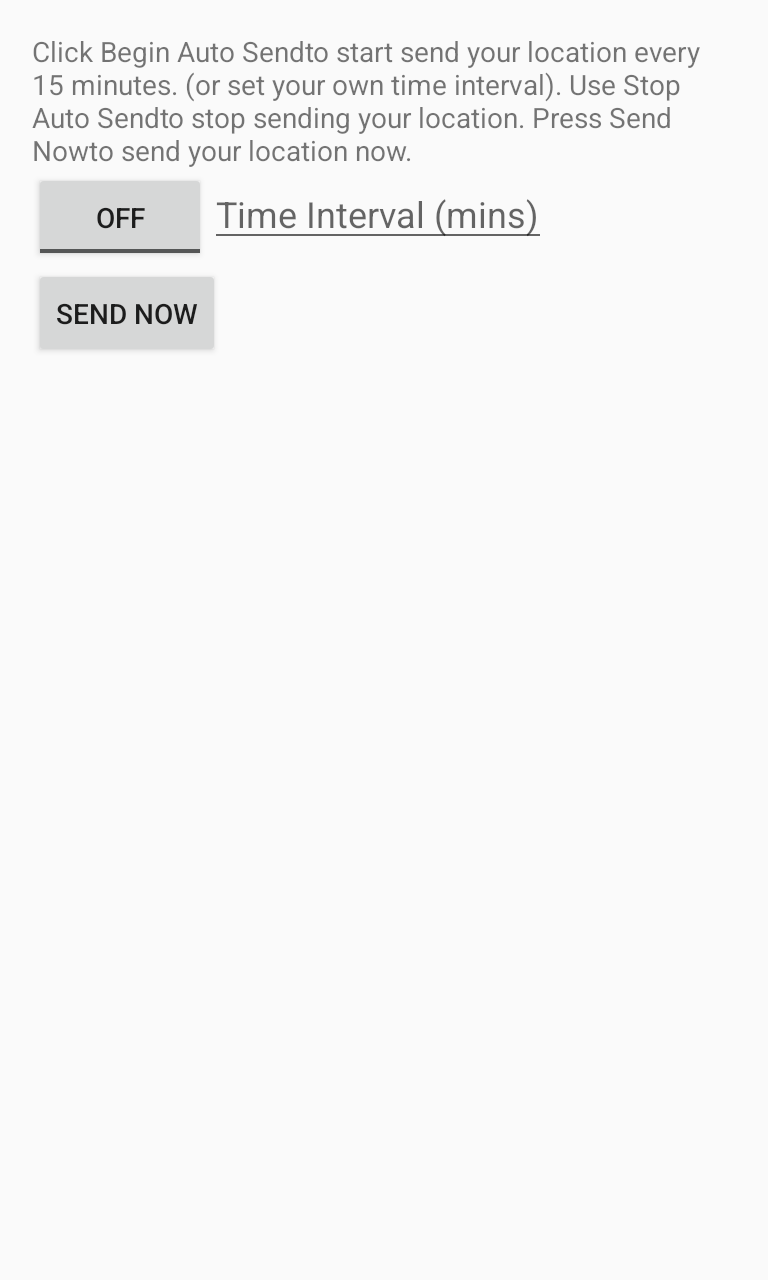
Repository: haidark/rahat
Layout: android/Rahat/res/layout/fragment_main.xml
An editor plug-in stored every save of this project. The layout is shown before and after the next save, followed by the edit.
It is drawn on a 768 x 1280 px phone screen (xhdpi) without system bars, with theme AppTheme; the app's code is not run.

Above is the layout before, as saved 2014-05-01 23:41:10.

### android/Rahat/res/layout/fragment_main.xml
<LinearLayout xmlns:android="http://schemas.android.com/apk/res/android"
    xmlns:tools="http://schemas.android.com/tools"
    android:layout_width="match_parent"
    android:layout_height="match_parent"
    android:paddingBottom="@dimen/activity_vertical_margin"
    android:paddingLeft="@dimen/activity_horizontal_margin"
    android:paddingRight="@dimen/activity_horizontal_margin"
    android:paddingTop="@dimen/activity_vertical_margin"
    tools:context="com.example.rahat.MainActivity$PlaceholderFragment"
	android:orientation="vertical" >
    <TextView android:id="@+id/text_top"
	          android:layout_width="wrap_content"
	          android:layout_height="wrap_content"
	          android:text="@string/text_info" />

    <LinearLayout android:layout_width="wrap_content"
    			  android:layout_height="wrap_content"
    			  android:orientation="horizontal">

        <ToggleButton	android:layout_width="wrap_content"
		        android:layout_height="wrap_content"
		        android:text="@string/button_service"
		        android:onClick="startService" />

        <EditText android:id="@+id/edit_1"
        		  android:layout_width="wrap_content"
        		  android:layout_height="wrap_content"
        		  android:maxWidth="200dp"
        		  android:hint="@string/edit_1" />

    </LinearLayout>

    <Button
        android:layout_width="wrap_content"
        android:layout_height="wrap_content"
        android:text="@string/button_send"
        android:onClick="sendLocation" />

    <ScrollView android:layout_width="fill_parent"
    			android:layout_height="wrap_content" >

	    <TextView android:id="@+id/text_1"
	        android:layout_width="wrap_content"
	        android:layout_height="wrap_content"
	        android:text="@string/text_scroll" />

	</ScrollView>

</LinearLayout>

### android/Rahat/res/values/strings.xml
<?xml version="1.0" encoding="utf-8"?>
<resources>

    <string name="app_name">Rahat</string>
    <string name="action_settings">Settings</string>
	<string name="edit_1">Time Interval (mins)</string>
	<string name="text_info">
	    Click "Begin Auto Send" to start send your location every 15 minutes.
	    (or set your own time interval).
	    Use "Stop Auto Send" to stop sending your location.
	    Press "Send Now" to send your location now.
	    </string>
	<string name="text_scroll"></string>
	<string name="button_send">Send Now</string>
	<string name="button_service">Begin Auto Send</string>
	<string name="button_stop">Stop Auto Send</string>
	<string name="title_activity_main">MainActivity</string>
</resources>

Loaded but not shown: android/Rahat/res/values/styles.xml (common file); android/Rahat/res/values-v11/styles.xml (common file); android/Rahat/res/values-v14/styles.xml (common file); android/Rahat/res/values/dimens.xml (common file); android/Rahat/res/values-w820dp/dimens.xml (common file)

After the next save:
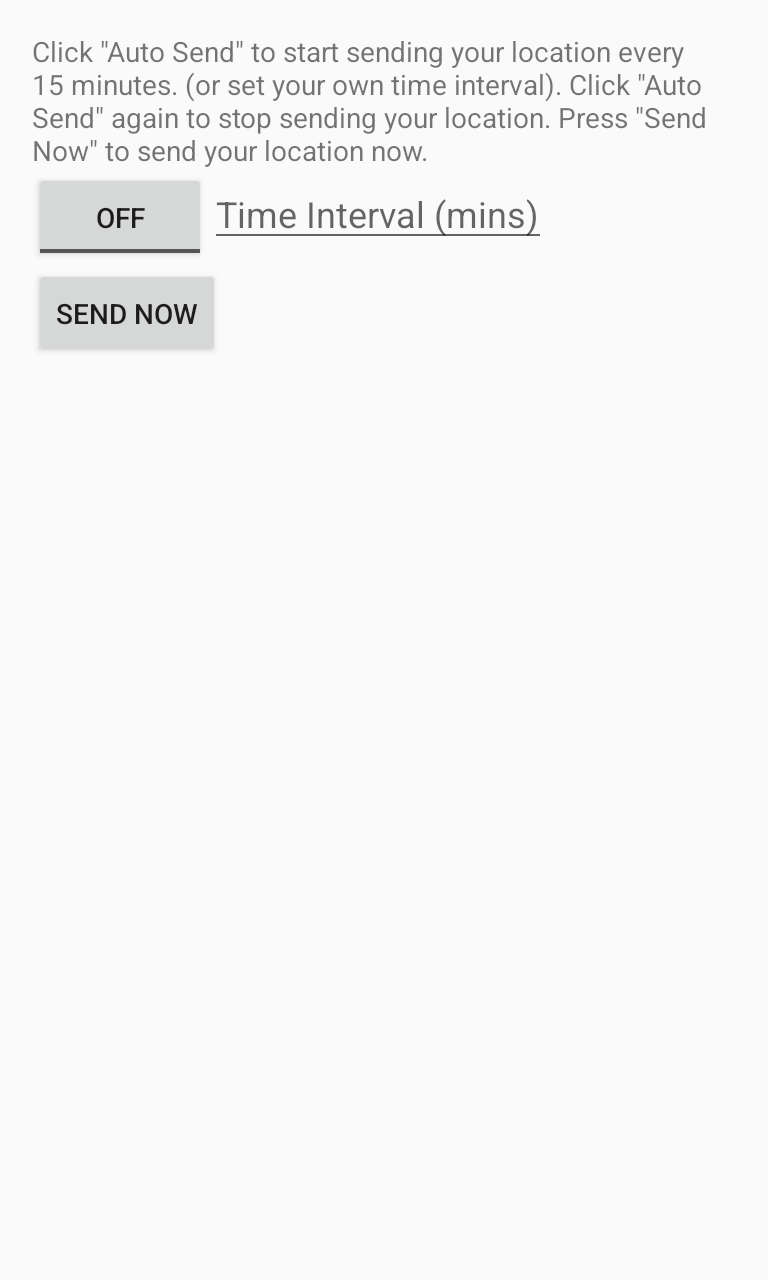
Saved 59 s later.
--- a/android/Rahat/res/values/strings.xml
+++ b/android/Rahat/res/values/strings.xml
@@ -5,14 +5,13 @@
     <string name="action_settings">Settings</string>
 	<string name="edit_1">Time Interval (mins)</string>
 	<string name="text_info">
-	    Click "Begin Auto Send" to start send your location every 15 minutes.
+	    Click \"Auto Send\" to start sending your location every 15 minutes.
 	    (or set your own time interval).
-	    Use "Stop Auto Send" to stop sending your location.
-	    Press "Send Now" to send your location now.
+	    Click \"Auto Send\" again to stop sending your location.
+	    Press \"Send Now\" to send your location now.
 	    </string>
 	<string name="text_scroll"></string>
 	<string name="button_send">Send Now</string>
-	<string name="button_service">Begin Auto Send</string>
-	<string name="button_stop">Stop Auto Send</string>
+	<string name="button_service">Auto Send</string>
 	<string name="title_activity_main">MainActivity</string>
 </resources>
